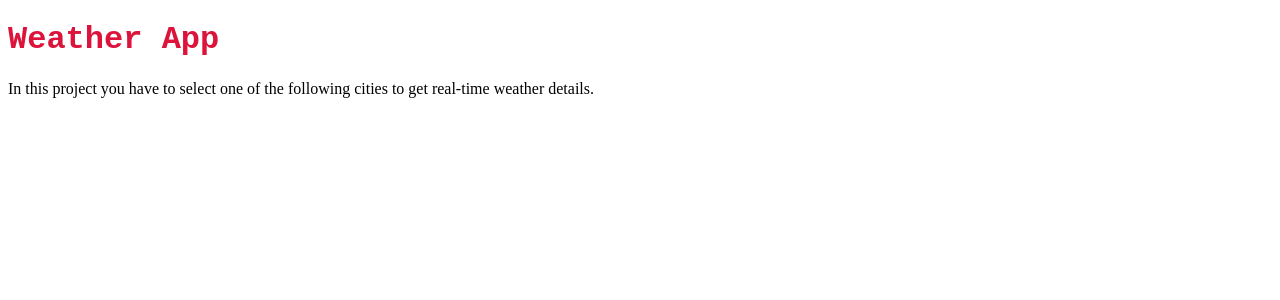
Repository: AalokJadhav/Weather_Website
Page: welcome.html
An editor plug-in stored every save of this project. The page is shown before and after the next save, followed by the edit.
The browser window is 1280 px wide. The pictures show the whole page.

Above is the page before, as saved 2020-11-03 07:56:10.

After the next save:
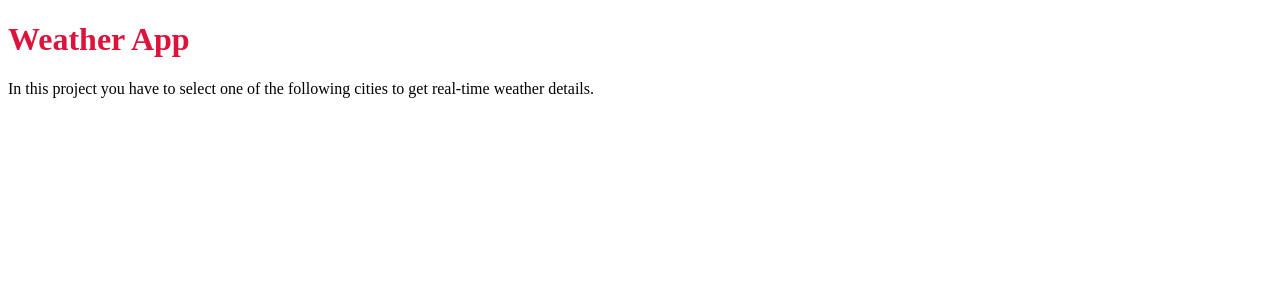
Saved 27 s later.
--- a/welcome.html
+++ b/welcome.html
@@ -6,7 +6,7 @@
     <title>Document</title>
 </head>
 <body>
-    <h1 style="font-family: 'Courier New', Courier, monospace; color: crimson;"> Weather App</h1>
+    <h1 style="font-family:serif; color: crimson;"> Weather App</h1>
     <p>
         In this project you have to select one of the following cities to get real-time weather details.
     </p>
